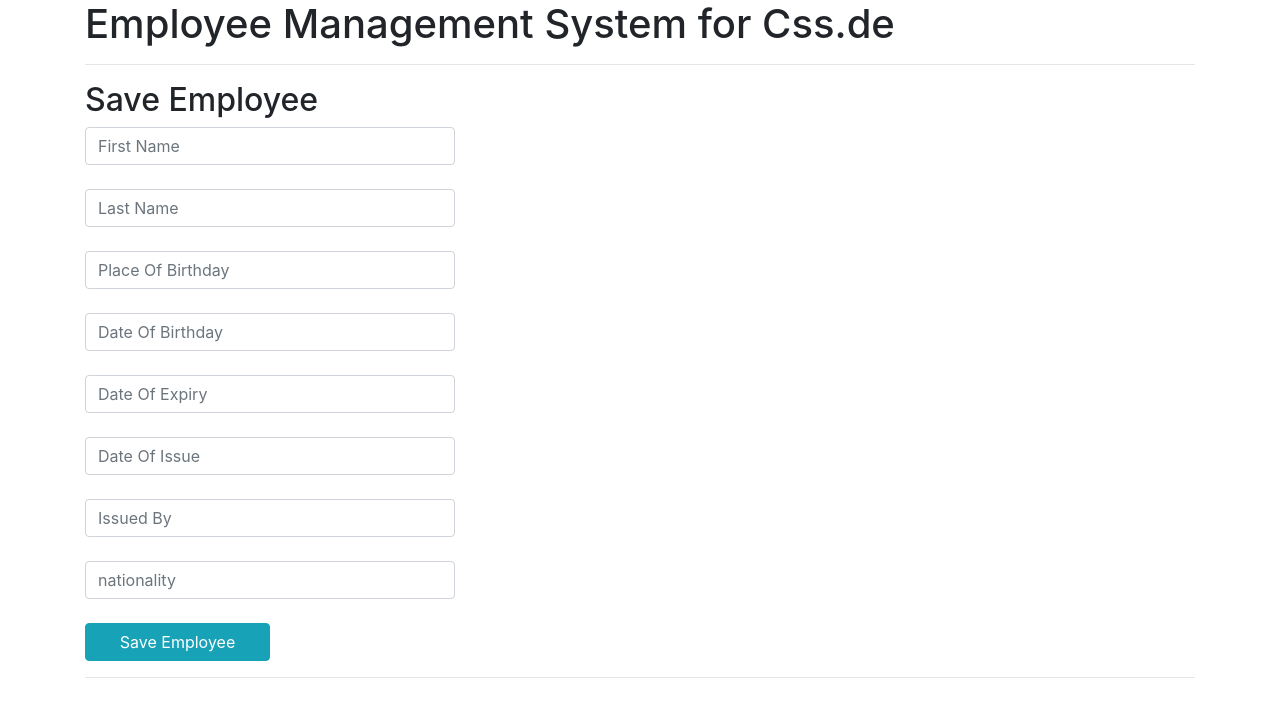
Repository: Len2/Topic4
Page: src/main/resources/templates/newIdCard.html
The author's editor kept a copy of each file at every save. The page is drawn from the files as they stood at one save, then again after the next save.
The browser window is 1280 px wide. The pictures show the whole page.

Above is the page before, as saved 2020-09-06 17:50:12.

### src/main/resources/templates/newIdCard.html
<!DOCTYPE html>
<html lang="en" xmlns:th="http://www.thymeleaf.org">
<head>
<meta charset="ISO-8859-1">
<title>Employee Management System for Css.de</title>
<link rel="stylesheet"
	href="https://stackpath.bootstrapcdn.com/bootstrap/4.1.3/css/bootstrap.min.css"
	integrity="sha384-MCw98/SFnGE8fJT3GXwEOngsV7Zt27NXFoaoApmYm81iuXoPkFOJwJ8ERdknLPMO"
	crossorigin="anonymous">
</head>
<body>
	<div class="container">
		<h1>Employee Management System for Css.de</h1>
		<hr>
		<h2>Save Employee</h2>

		<form action="#" th:action="@{/saveIdCard}" th:object="${identity_card}"
            method="POST">

            <!-- <input type="text" th:field="*{id}" /> -->
			<input type="text" th:field="*{firstName}"
            placeholder="First Name" class="form-control mb-4 col-4">

            <input type="text" th:field="*{lastName}"
            placeholder="Last Name" class="form-control mb-4 col-4">

            <input type="text" th:field="*{placeOfBirthday}"
            placeholder="Place Of Birthday" class="form-control mb-4 col-4">

            <input type="datetime" th:field="*{dateOfBirthday}"
            placeholder="Date Of Birthday" class="form-control mb-4 col-4">

            <input type="datetime" th:field="*{dateOfExpiry}"
            placeholder="Date Of Expiry" class="form-control mb-4 col-4">

            <input type="datetime" th:field="*{dateOfIssue}"
            placeholder="Date Of Issue" class="form-control mb-4 col-4">

            <input type="text" th:field="*{issuedBy}"
            placeholder="Issued By" class="form-control mb-4 col-4">

            <input type="text" th:field="*{nationality}"
            placeholder="nationality" class="form-control mb-4 col-4">

				<button type="submit" class="btn btn-info col-2"> Save Employee</button>
		</form>

		<hr>

		<!-- <a th:href = "@{/}"> Back to Employee List</a> -->
	</div>
</body>
</html>

After the next save:
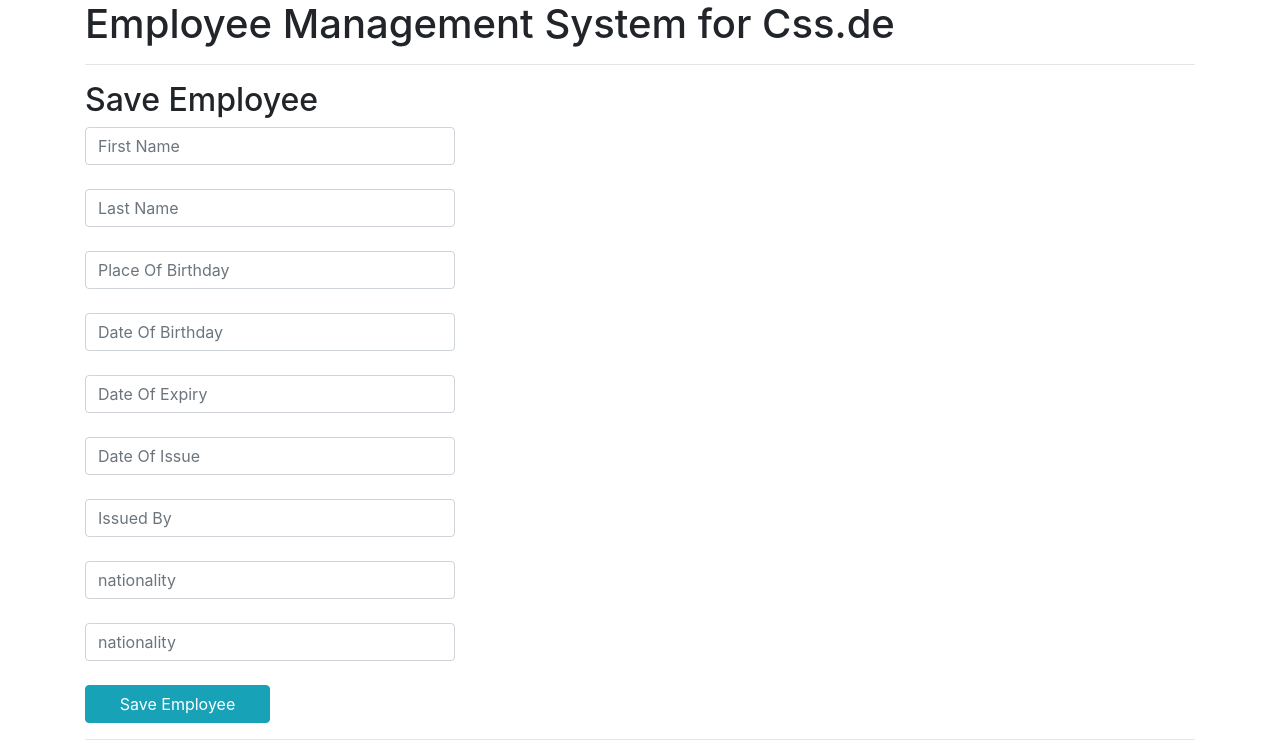
Saved 10 s later.
--- a/src/main/resources/templates/newIdCard.html
+++ b/src/main/resources/templates/newIdCard.html
@@ -42,6 +42,9 @@
             <input type="text" th:field="*{nationality}"
             placeholder="nationality" class="form-control mb-4 col-4">
 
+            <input type="text" th:field="*{nationality}"
+            placeholder="nationality" class="form-control mb-4 col-4">
+
 				<button type="submit" class="btn btn-info col-2"> Save Employee</button>
 		</form>
 
